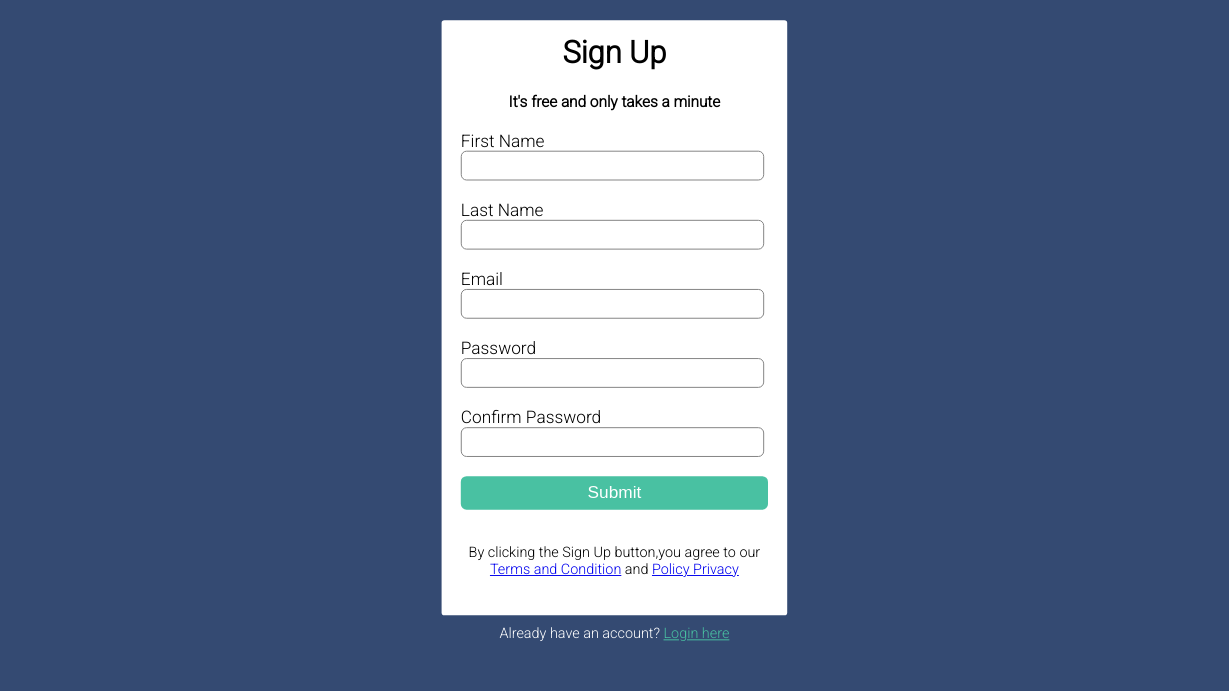
Repository: alexkatkof/web-market
Page: http://localhost/web-market/WEB-INF/views/test.jsp
The author's editor kept a copy of each file at every save. The page is drawn from the files as they stood at one save, then again after the next save.
The browser window is 1280 px wide. The pictures show the whole page, at 96% of full size.
The page is served by Tomcat 9. Nobody is signed in. The template is opened directly, without the code that normally fills it, so the values that code supplies are empty.

Above is the page before, as saved 2023-03-09 19:24:10.

After the next save:
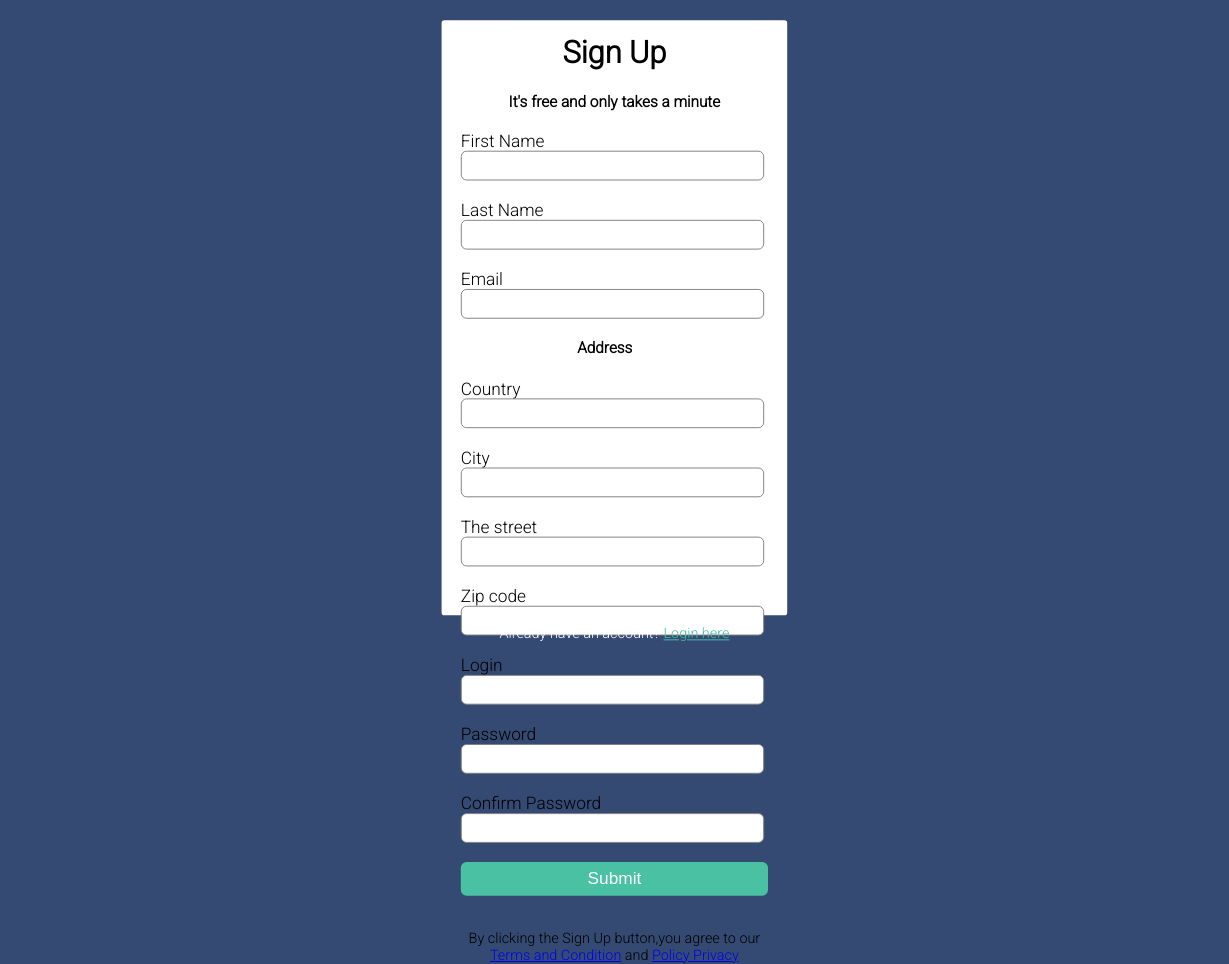
Saved 21 h 4 min later.
--- a/web-market/src/main/webapp/WEB-INF/views/test.jsp
+++ b/web-market/src/main/webapp/WEB-INF/views/test.jsp
@@ -93,6 +93,18 @@ p {
         <input type="text" placeholder="" />
         <label>Email</label>
         <input type="email" placeholder="" />
+        <h4>Address</h4>
+        <label>Country</label>
+        <input type="text" placeholder="" />
+        <label>City</label>
+        <input type="text" placeholder="" />
+        <label>The street</label>
+        <input type="text" placeholder="" />
+        <label>Zip code</label>
+        <input type="text" placeholder="" />
+        <br/>
+        <label>Login</label>
+        <input type="text" placeholder="" />
         <label>Password</label>
         <input type="password" placeholder="" />
         <label>Confirm Password</label>
